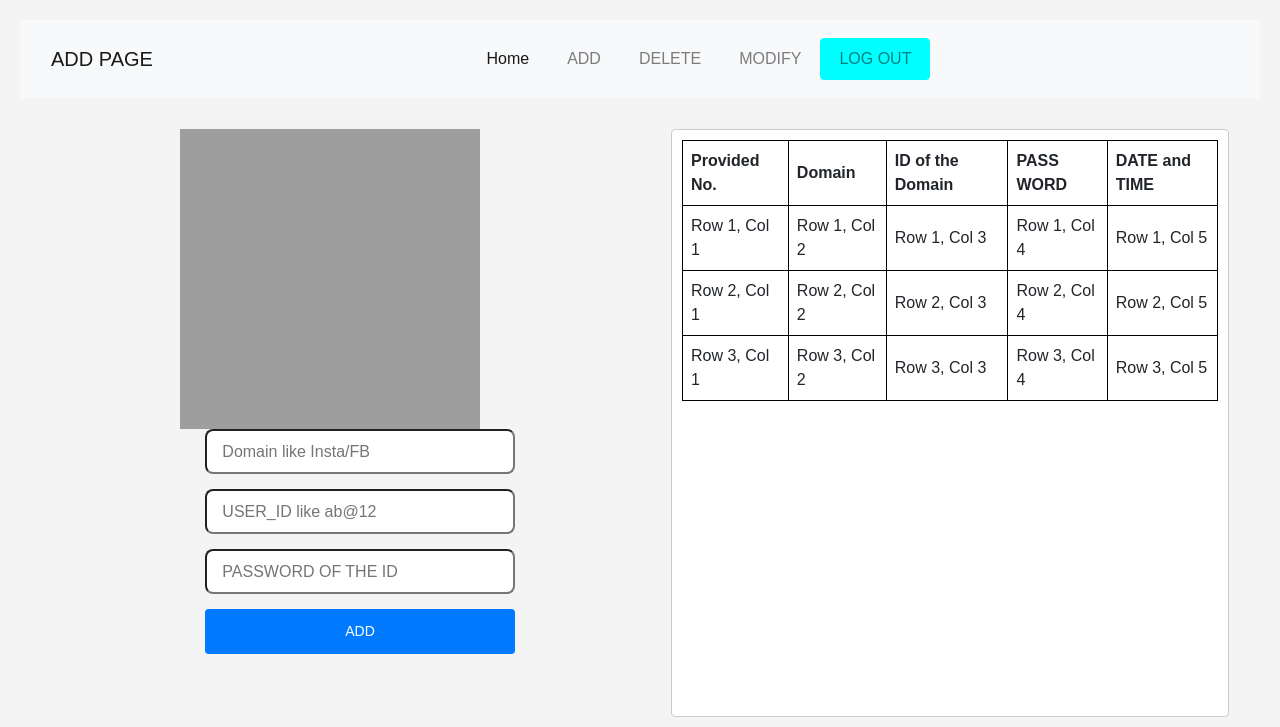
Repository: wizzy-abhishek/Projects
Page: http://localhost/Iam_Doing/Add_Details.jsp
These files come from the project's save history. The page is drawn as it stood at one moment and after the next save; the edit follows.
The browser window is 1280 px wide. The pictures show the whole page.
Pictures or frames that could not be fetched are drawn as grey boxes. Some web libraries are served in a nearby version. The page is served by Tomcat 10. Nobody is signed in. The application's start-up code is not run. Other server files are loaded and not shown.

Above is the page before, as saved 2024-06-28 14:22:16.

### Iam_Doing/src/main/webapp/Add_Details.jsp
<%@ page language="java" contentType="text/html; charset=UTF-8"
    pageEncoding="UTF-8"%>
<!DOCTYPE html>
<html lang="en">
<head>
    <meta charset="UTF-8">
    <meta name="viewport" content="width=device-width, initial-scale=1.0">
    <link href="https://stackpath.bootstrapcdn.com/bootstrap/4.5.2/css/bootstrap.min.css" rel="stylesheet">
    <title>ADD DETAILS</title>
    <style>
        body {
            font-family: 'Arial', sans-serif;
            margin: 0;
            padding: 20px;
            display: flex;
            justify-content: center;
            align-items: flex-start;
            flex-wrap: wrap;
            height: 100vh;
            background-color: #f4f4f4;
        }

        .left-column, .right-column {
            width: 45%;
            margin: 2.5%;
        }

        .scrollable-table {
            overflow-y: auto;
            height: calc(90vh - 60px); /* Adjust if needed */
            border: 1px solid #ccc;
            border-radius: 4px;
            padding: 10px;
            background-color: #fff;
            margin-bottom: 10px; /* Reduced margin to create less space */
        }

        table {
            width: 100%;
            border-collapse: collapse;
        }

        table, th, td {
            border: 1px solid black;
        }

        th, td {
            padding: 8px;
            text-align: left;
        }

        form input, form button {
            display: block;
            width: 100%;
            margin-bottom: 10px;
            border-radius: 8px;
            margin-down : 10px ;
            margin-right : 20px;
            margin-top : 10px ;

        }

        .form-group {
            width: 250px;
            height : 60px ;
            margin: 0 auto;

        }

        .header text-center {
            width: 300px;
            height: 300px;
            margin: 15px auto;
            background-color: #ddd;
            border: 1px solid #ccc;
            display: flex;
            justify-content: center;
            align-items: center;
            font-size: 14px;
            color: #777;

        }

        .logout-btn {
            background-color: cyan !important;
            border-color: cyan !important;
        }

        @media (max-width: 768px) {
            .left-column, .right-column {
                width: 100%;
                order: 1;
            }

            .scrollable-table {
                height: auto;
            }
        }
    </style>
</head>
<body>
<nav class="navbar navbar-expand-lg navbar-light bg-light w-100">
  <div class="container-fluid">
    <a class="navbar-brand">ADD PAGE</a>
    <div class="collapse navbar-collapse" id="navbarNav">
      <ul class="navbar-nav mx-auto">
        <li class="nav-item">
          <form action="LoggedIn" method="post">
            <button type="submit" class="btn nav-link active" aria-current="page">Home</button>
          </form>
        </li>
        <li class="nav-item">
          <form action="Add_Details" method="post">
            <button type="submit" class="btn nav-link">ADD</button>
          </form>
        </li>
        <li class="nav-item">
          <form action="/option2" method="get">
            <button type="submit" class="btn nav-link">DELETE</button>
          </form>
        </li>
        <li class="nav-item">
          <form action="/option3" method="get">
            <button type="submit" class="btn nav-link">MODIFY</button>
          </form>
        </li>
        <li class="nav-item">
          <form action="Logout" method="post">
            <button type="submit" class="btn nav-link logout-btn">LOG OUT</button>
          </form>
        </li>
      </ul>
    </div>
  </div>
</nav>

<div class="left-column">
    <div class="header text-center">
    <img src="Superman.png" alt="Website Logo" height="300" width="300" >
    </div>


    <form action="Complete_ADD" method="post">
        <div class="form-group">
            <input type="text" name="Domain" placeholder=" &nbsp Domain like Insta/FB" required style="width: 310px; height : 45px ;margin: 0 auto;">
        </div>
        <div class="form-group">
            <input type="text" name="UserId_of_Domain" placeholder=" &nbsp USER_ID like ab@12" required  style="width: 310px; height : 45px ;margin: 0 auto; ">
        </div>
        <div class="form-group">
            <input type="text" name="Password_of_User_ID" placeholder=" &nbsp PASSWORD OF THE ID" required  style="width: 310px; height : 45px ; margin: 0 auto; ">
        </div>
        <div class="form-group">
            <button type="submit" class="btn btn-primary btn-sm"  style="width: 310px; height : 45px ; margin: 0 auto; ">ADD</button>
        </div>
    </form>
</div>
<hr>

<div class="right-column">
    <div class="scrollable-table">
        <table>
            <thead>
                <tr>
                    <th>Provided No.</th>
                    <th>Domain</th>
                    <th>ID of the Domain</th>
                    <th>PASS WORD</th>
                    <th>DATE and TIME</th>
                </tr>
            </thead>
            <tbody id="table-body">
                <!-- Rows will be dynamically added here -->
            </tbody>
        </table>
    </div>
</div>

<script>
    // Sample data to demonstrate dynamic row addition
    const data = [
        ["Row 1, Col 1", "Row 1, Col 2", "Row 1, Col 3", "Row 1, Col 4", "Row 1, Col 5"],
        ["Row 2, Col 1", "Row 2, Col 2", "Row 2, Col 3", "Row 2, Col 4", "Row 2, Col 5"],
        ["Row 3, Col 1", "Row 3, Col 2", "Row 3, Col 3", "Row 3, Col 4", "Row 3, Col 5"]
    ];

    const tableBody = document.getElementById('table-body');

    data.forEach(rowData => {
        const row = document.createElement('tr');
        rowData.forEach(cellData => {
            const cell = document.createElement('td');
            cell.textContent = cellData;
            row.appendChild(cell);
        });
        tableBody.appendChild(row);
    });
</script>

<script src="https://code.jquery.com/jquery-3.5.1.slim.min.js"></script>
<script src="https://cdn.jsdelivr.net/npm/@popperjs/core@2.5.4/dist/umd/popper.min.js"></script>
<script src="https://stackpath.bootstrapcdn.com/bootstrap/4.5.2/js/bootstrap.min.js"></script>
</body>
</html>

After the next save:
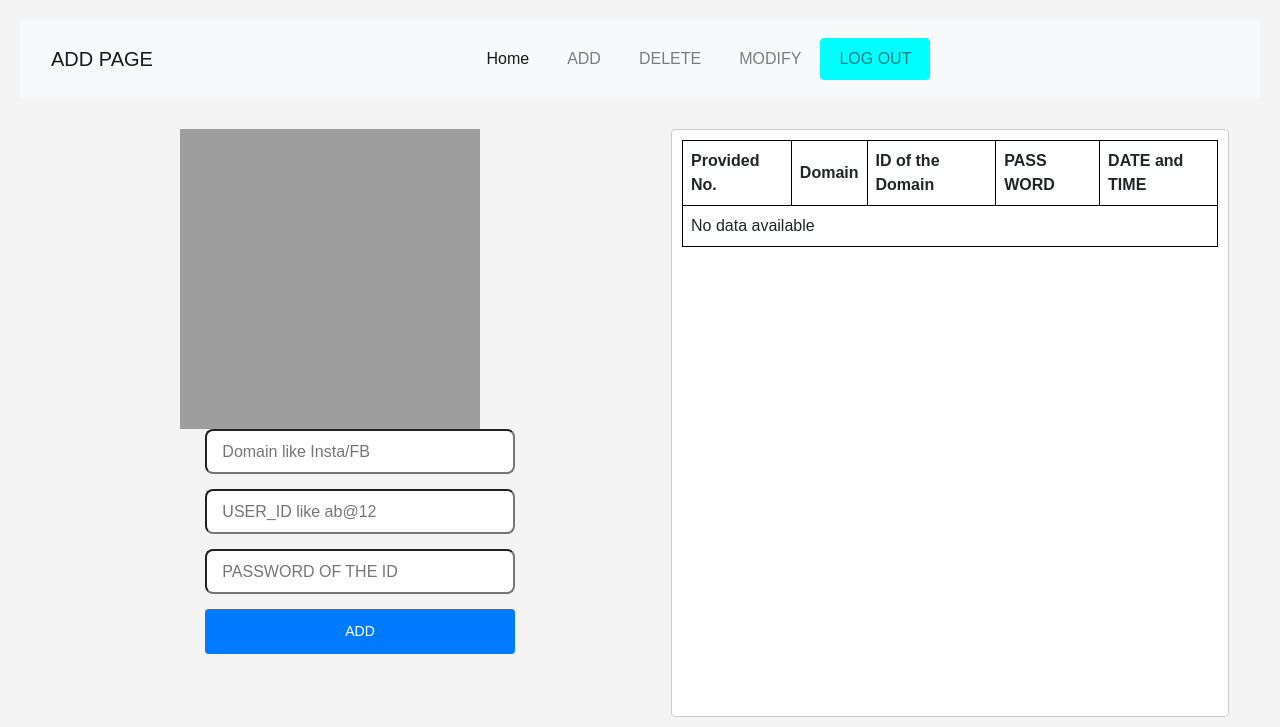
Saved 4 min 40 s later.
--- a/Iam_Doing/src/main/webapp/Add_Details.jsp
+++ b/Iam_Doing/src/main/webapp/Add_Details.jsp
@@ -1,5 +1,9 @@
 <%@ page language="java" contentType="text/html; charset=UTF-8"
     pageEncoding="UTF-8"%>
+<%@ page import="java.util.List" %>
+<%@ page import="com.pojo.RealInfo" %>
+<%@ page import="java.util.ArrayList" %>
+
 <!DOCTYPE html>
 <html lang="en">
 <head>
@@ -27,12 +31,12 @@
 
         .scrollable-table {
             overflow-y: auto;
-            height: calc(90vh - 60px); /* Adjust if needed */
+            height: calc(90vh - 60px);
             border: 1px solid #ccc;
             border-radius: 4px;
             padding: 10px;
             background-color: #fff;
-            margin-bottom: 10px; /* Reduced margin to create less space */
+            margin-bottom: 10px;
         }
 
         table {
@@ -54,17 +58,15 @@
             width: 100%;
             margin-bottom: 10px;
             border-radius: 8px;
-            margin-down : 10px ;
-            margin-right : 20px;
-            margin-top : 10px ;
-
+            margin-down: 10px;
+            margin-right: 20px;
+            margin-top: 10px;
         }
 
         .form-group {
             width: 250px;
-            height : 60px ;
+            height: 60px;
             margin: 0 auto;
-
         }
 
         .header text-center {
@@ -78,7 +80,6 @@
             align-items: center;
             font-size: 14px;
             color: #777;
-
         }
 
         .logout-btn {
@@ -142,16 +143,16 @@
 
     <form action="Complete_ADD" method="post">
         <div class="form-group">
-            <input type="text" name="Domain" placeholder=" &nbsp Domain like Insta/FB" required style="width: 310px; height : 45px ;margin: 0 auto;">
-        </div>
-        <div class="form-group">
-            <input type="text" name="UserId_of_Domain" placeholder=" &nbsp USER_ID like ab@12" required  style="width: 310px; height : 45px ;margin: 0 auto; ">
-        </div>
-        <div class="form-group">
-            <input type="text" name="Password_of_User_ID" placeholder=" &nbsp PASSWORD OF THE ID" required  style="width: 310px; height : 45px ; margin: 0 auto; ">
-        </div>
-        <div class="form-group">
-            <button type="submit" class="btn btn-primary btn-sm"  style="width: 310px; height : 45px ; margin: 0 auto; ">ADD</button>
+            <input type="text" name="Domain" placeholder=" &nbsp Domain like Insta/FB" required style="width: 310px; height: 45px; margin: 0 auto;">
+        </div>
+        <div class="form-group">
+            <input type="text" name="UserId_of_Domain" placeholder=" &nbsp USER_ID like ab@12" required  style="width: 310px; height: 45px; margin: 0 auto;">
+        </div>
+        <div class="form-group">
+            <input type="text" name="Password_of_User_ID" placeholder=" &nbsp PASSWORD OF THE ID" required  style="width: 310px; height: 45px; margin: 0 auto;">
+        </div>
+        <div class="form-group">
+            <button type="submit" class="btn btn-primary btn-sm"  style="width: 310px; height: 45px; margin: 0 auto;">ADD</button>
         </div>
     </form>
 </div>
@@ -170,32 +171,33 @@
                 </tr>
             </thead>
             <tbody id="table-body">
-                <!-- Rows will be dynamically added here -->
+                <%
+                    List<RealInfo> realInfoList = (List<RealInfo>) session.getAttribute("realInfoList");
+                    if (realInfoList != null) {
+                        int providedNo = 1;
+                        for (RealInfo info : realInfoList) {
+                            %>
+                            <tr>
+                                <td><%= info.getId() %></td>
+                                <td><%= info.getDomain() %></td>
+                                <td><%= info.getUserID() %></td>
+                                <td><%= info.getPassword() %></td>
+                                <td><%= info.getAddDate() %></td>
+                            </tr>
+                            <%
+                        }
+                    } else {
+                        %>
+                        <tr>
+                            <td colspan="5">No data available</td>
+                        </tr>
+                        <%
+                    }
+                %>
             </tbody>
         </table>
     </div>
 </div>
-
-<script>
-    // Sample data to demonstrate dynamic row addition
-    const data = [
-        ["Row 1, Col 1", "Row 1, Col 2", "Row 1, Col 3", "Row 1, Col 4", "Row 1, Col 5"],
-        ["Row 2, Col 1", "Row 2, Col 2", "Row 2, Col 3", "Row 2, Col 4", "Row 2, Col 5"],
-        ["Row 3, Col 1", "Row 3, Col 2", "Row 3, Col 3", "Row 3, Col 4", "Row 3, Col 5"]
-    ];
-
-    const tableBody = document.getElementById('table-body');
-
-    data.forEach(rowData => {
-        const row = document.createElement('tr');
-        rowData.forEach(cellData => {
-            const cell = document.createElement('td');
-            cell.textContent = cellData;
-            row.appendChild(cell);
-        });
-        tableBody.appendChild(row);
-    });
-</script>
 
 <script src="https://code.jquery.com/jquery-3.5.1.slim.min.js"></script>
 <script src="https://cdn.jsdelivr.net/npm/@popperjs/core@2.5.4/dist/umd/popper.min.js"></script>
